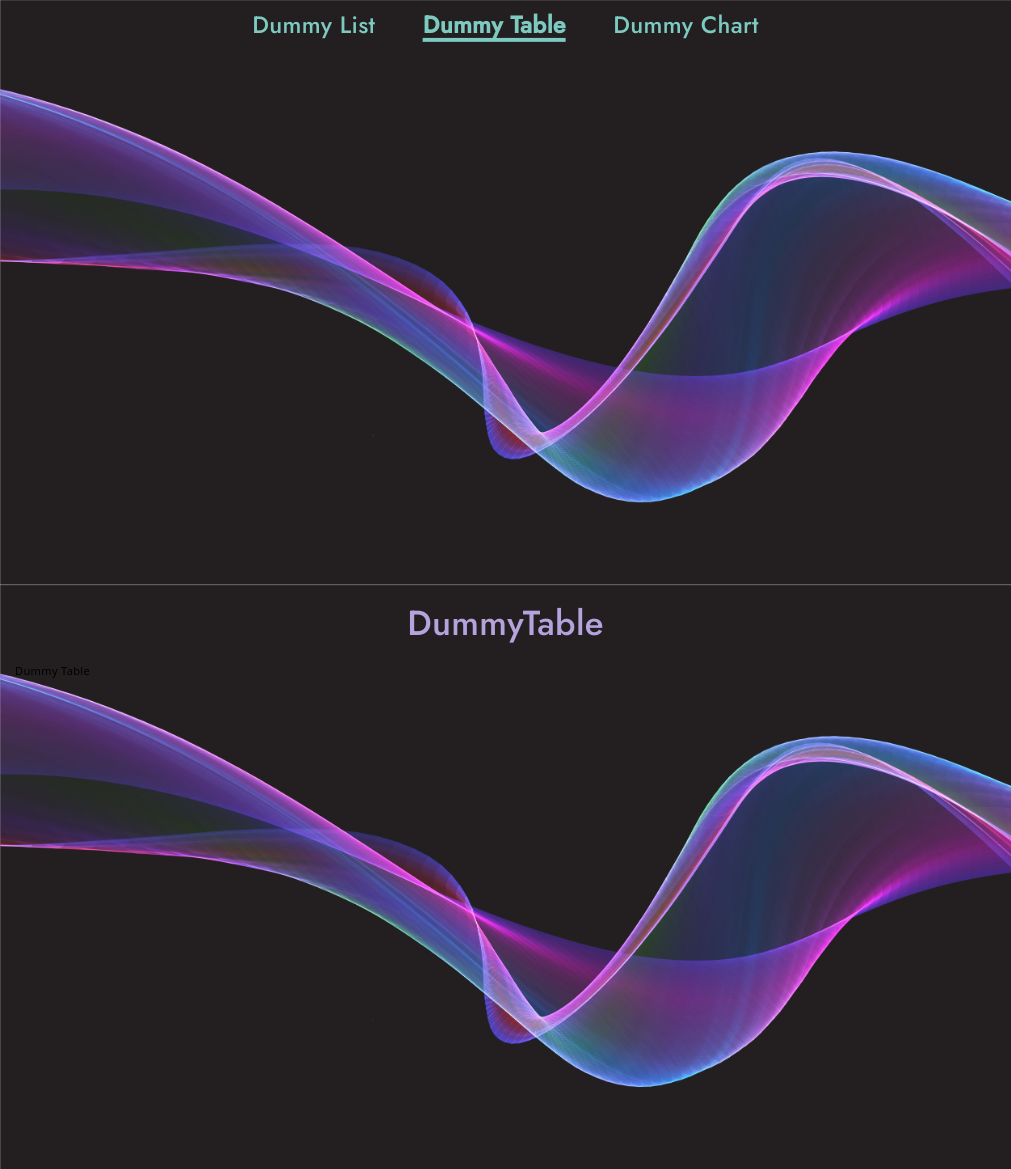
Repository: Vadim-27/backendless
Page: /tabs/dummyTable
The author's editor kept a copy of each file at every save. The page is drawn from the files as they stood at one save, then again after the next save.
The browser window is 1280 px wide. The pictures show the whole page, at 79% of full size.
Backgrounds fixed to the window are drawn as part of the page. The project was rebuilt for these pictures with package versions that can differ from the ones it lists, and the page was loaded fresh each time.

Above is the page before, as saved 2023-10-28 16:43:26.

### src/index.js
import React from 'react';
import ReactDOM from 'react-dom/client';
import { BrowserRouter } from 'react-router-dom';
import { App } from 'App';
import './index.scss';

ReactDOM.createRoot(document.getElementById('root')).render(
  <React.StrictMode>
    <BrowserRouter basename='/'>
    <App />
    </BrowserRouter>
  </React.StrictMode>
)

### src/App.jsx
import { Routes, Route } from "react-router-dom";
import { lazy } from "react";

import { Suspense } from "react";

const Navbar = lazy(() => import('modules/Navbar/Navbar'));
const DummyListPage = lazy(() => import('Pages/DummyListPage/DummyListPage'));
const DummyChartPage = lazy(() => import('Pages/DummyChartPage/DummyChartPage'));
const DummyTablePage = lazy(() => import('Pages/DummyTablePage/DummyTablePage'));
const NotFoundPage = lazy(() => import('Pages/NotFoundPage/NotFoundPage'));


export const App = () => {
  return (
    <>
      <Suspense>
        <Navbar />
        <Routes>
          <Route path="tabs/dummyList" element={<DummyListPage />} />
          <Route path="tabs/dummyChart" element={<DummyChartPage />} />
          <Route path="tabs/dummyTable" element={<DummyTablePage />} />
          <Route path="*" element={<NotFoundPage />} />
        </Routes>
      </Suspense>
    </>
  );
};

### src/index.scss
@import './utils/base.scss';
@import './utils/normalize.scss';
@import './utils/variables.scss';
@import './utils/fonts.scss';

### src/modules/Navbar/Navbar.jsx
import { NavLink, Outlet } from "react-router-dom";
import tabs from "./tabs";

import css from './navbar.module.scss'

const Navbar = () => {
   const sortedTabs = [...tabs].sort((a, b) => a.order - b.order);

  const navbarList = sortedTabs.map(({ id, title, path }) => (
    <li key={id}>
      <NavLink className={css.link} to={path}>
        {title}
      </NavLink>
    </li>
  ));

  return (
    <div className='container'>
      <ul className={css.menu }>{navbarList}</ul>
      <Outlet />
    </div>
  );
}
export default Navbar;

### src/Pages/DummyTablePage/DummyTablePage.jsx
import DummyTable from "modules/DummyTable/DummyTable";

const DummyTablePage = () => {
  return <>
    <DummyTable/>
  </>
}
export default DummyTablePage;

### src/utils/base.scss
body {
  font-size: 14px;
  letter-spacing: 0.03em;
  margin: 0;
}

button {
  cursor: pointer;
}

a {
  text-decoration: none;
  outline: none;
}

h1,
h2,
h4,
h5 {
  margin-top: 0;
  margin-bottom: 0;
}

p {
  margin-bottom: 0;
  margin-top: 0;
}

ul {
  padding: 0;
  margin-top: 0;
  margin: 0;
  margin-bottom: 0;
  list-style: none;
}

img {
  display: block;
  max-width: 100%;
  height: auto;
}
.container {
  box-sizing: content-box;

  margin-left: auto;
  margin-right: auto;
  padding-right: 16px;
  padding-bottom: 20px;
  padding-left: 16px;
  background-image: url(../../assets/img/landing_page_template_with_flowing_lines_design_2805.jpg);
  background-size: cover, cover;
  background-repeat: no-repeat;
  background-attachment: fixed;
  height: 100vh;
}

### src/utils/normalize.scss
::after,
::before {
  box-sizing: border-box;
}
html {
  -moz-tab-size: 4;
  tab-size: 4;
}
html {
  line-height: 1.15;
  -webkit-text-size-adjust: 100%;
}
body {
  margin: 0;
}
body {
  font-family: system-ui, -apple-system, "Segoe UI", Roboto, Helvetica, Arial,
    sans-serif, "Apple Color Emoji", "Segoe UI Emoji";
}
hr {
  height: 0;
  color: inherit;
}
abbr[title] {
  text-decoration: underline dotted;
}
b,
strong {
  font-weight: bolder;
}
code,
kbd,
pre,
samp {
  font-family: ui-monospace, SFMono-Regular, Consolas, "Liberation Mono", Menlo,
    monospace;
  font-size: 1em;
}
small {
  font-size: 80%;
}
sub,
sup {
  font-size: 75%;
  line-height: 0;
  position: relative;
  vertical-align: baseline;
}
sub {
  bottom: -0.25em;
}
sup {
  top: -0.5em;
}
table {
  text-indent: 0;
  border-color: inherit;
}
button,
input,
optgroup,
select,
textarea {
  font-family: inherit;
  font-size: 100%;
  line-height: 1.15;
  margin: 0;
}
button,
select {
  text-transform: none;
}
[type="button"],
[type="reset"],
[type="submit"],
button {
  -webkit-appearance: button;
}
::-moz-focus-inner {
  border-style: none;
  padding: 0;
}
:-moz-focusring {
  outline: 1px dotted ButtonText;
}
:-moz-ui-invalid {
  box-shadow: none;
}
legend {
  padding: 0;
}
progress {
  vertical-align: baseline;
}
::-webkit-inner-spin-button,
::-webkit-outer-spin-button {
  height: auto;
}
[type="search"] {
  -webkit-appearance: textfield;
  outline-offset: -2px;
}
::-webkit-search-decoration {
  -webkit-appearance: none;
}
::-webkit-file-upload-button {
  -webkit-appearance: button;
  font: inherit;
}
summary {
  display: list-item;
}

### src/utils/variables.scss
:root {
  --primary-primary: #b5a3de;
  --primary-secondary: #7dcac0;
}

### src/utils/fonts.scss
@font-face {
  font-family: "Jost-Regular";
  font-style: normal;
  font-weight: 400;
  font-display: swap;
  src: url("../fonts/Jost-Regular.ttf");
}

@font-face {
  font-family: "Jost-Medium";
  font-style: normal;
  font-weight: 500;
  font-display: swap;
  src: url("../fonts/Jost-Medium.ttf");
}

### src/modules/Navbar/tabs.js
const tabs = [
  {
    id: 'dummyTable',
    title: 'Dummy Table',
    order: 1,
    path: 'tabs/dummyTable',
  },
  {
    id: 'dummyChart',
    title: 'Dummy Chart',
    order: 2,
    path: 'tabs/dummyChart',
  },
  { id: 'dummyList', title: 'Dummy List', order: 0, path: 'tabs/dummyList' },
];

export default tabs;

### src/modules/Navbar/navbar.module.scss
.menu {
    list-style: none;
    display: flex;
    gap: 60px;
    justify-content: center;
}

.link {
    padding-bottom: 5px;
    text-decoration: none;
    color: var(--primary-secondary);
    display: inline-block;
    padding: 10px 0px;
    font-family: Jost-Medium;
font-size: 30px;
font-style: normal;
font-weight: 500;
line-height: normal;
}

.link:global(.active) {
    font-weight: bold;

   position: relative;

}

.link:global(.active)::after {
    content: "";
    position: absolute;
    bottom: 10px;
    left: 0;
    width: 100%;
    border-bottom: 5px solid;
}

### src/modules/DummyTable/DummyTable.jsx
import css from './dummyTable.module.scss';
const DummyTable = () => {
  return (
    <div className="container">
      <h1 className={css.titleSection}>DummyTable</h1>
      <table>
        <tr>
          <td>Dummy</td>
          <td>Table</td>
        </tr>
      </table>
    </div>
  );
}
export default DummyTable;

### src/modules/DummyTable/dummyTable.module.scss
.titleSection{
  text-align: center;
   padding: 20px;
  color: var(--primary-primary);
font-family: Jost-Medium;
font-size: 44px;
font-style: normal;
font-weight: 500;
line-height: 58px;
}

Loaded but not shown: public/index.html (common file)

After the next save:
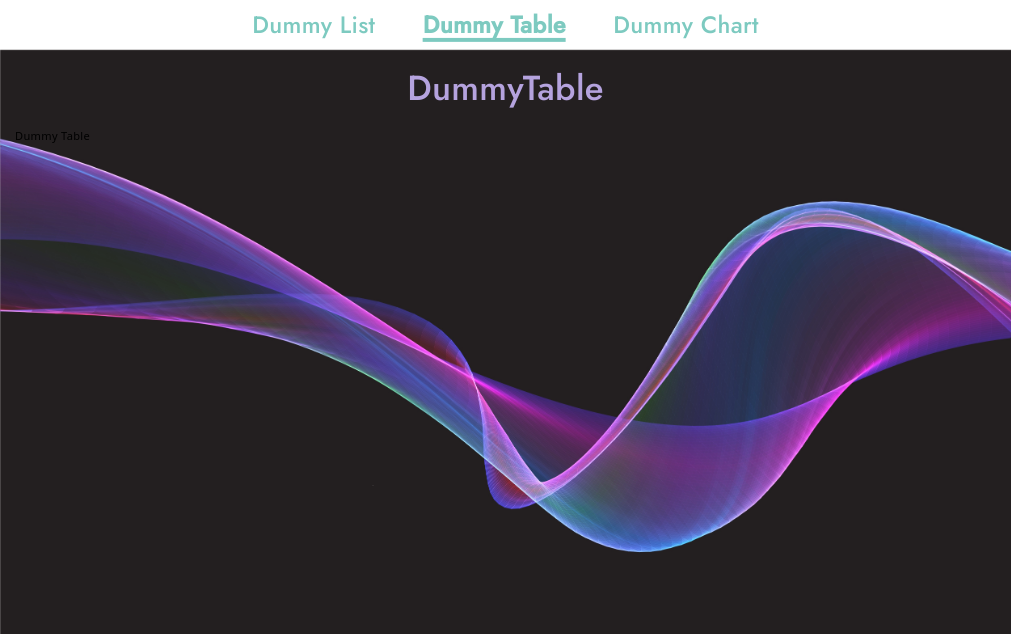
Saved 10 s later.
--- a/src/modules/Navbar/Navbar.jsx
+++ b/src/modules/Navbar/Navbar.jsx
@@ -15,7 +15,7 @@ const Navbar = () => {
   ));
 
   return (
-    <div className='container'>
+    <div >
       <ul className={css.menu }>{navbarList}</ul>
       <Outlet />
     </div>
